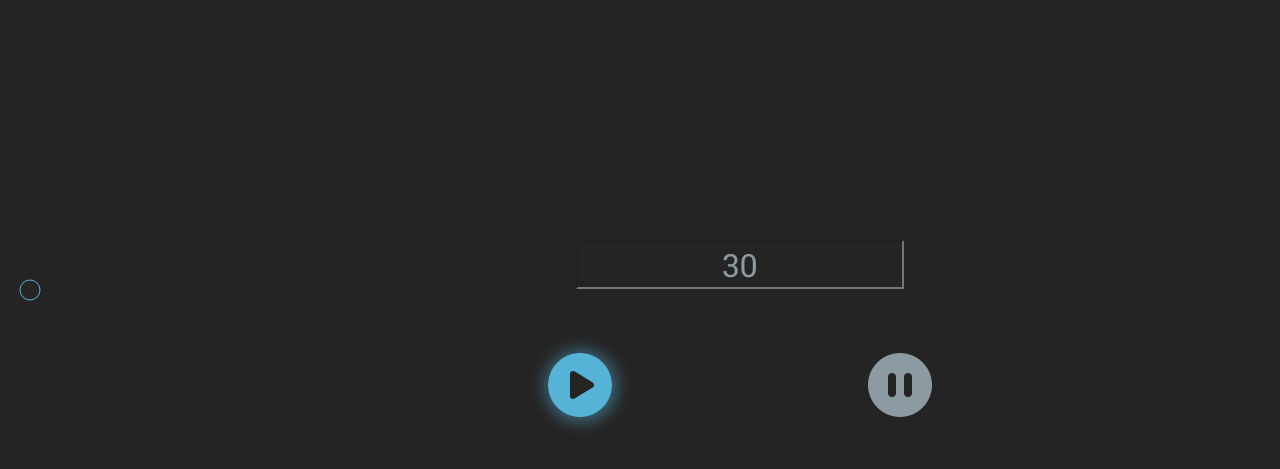
Repository: Sbethm/javascript-challenges
Page: index.html
These files come from the project's save history. The page is drawn as it stood at one moment and after the next save; the edit follows.
The browser window is 1280 px wide. The pictures show the whole page.
Some web libraries are served in a nearby version. The style sheet was rebuilt from its Sass, Less or Tailwind sources for each picture, by a compiler version that may differ from the author's.

Above is the page before, as saved 2021-09-17 15:35:47.

After the next save:
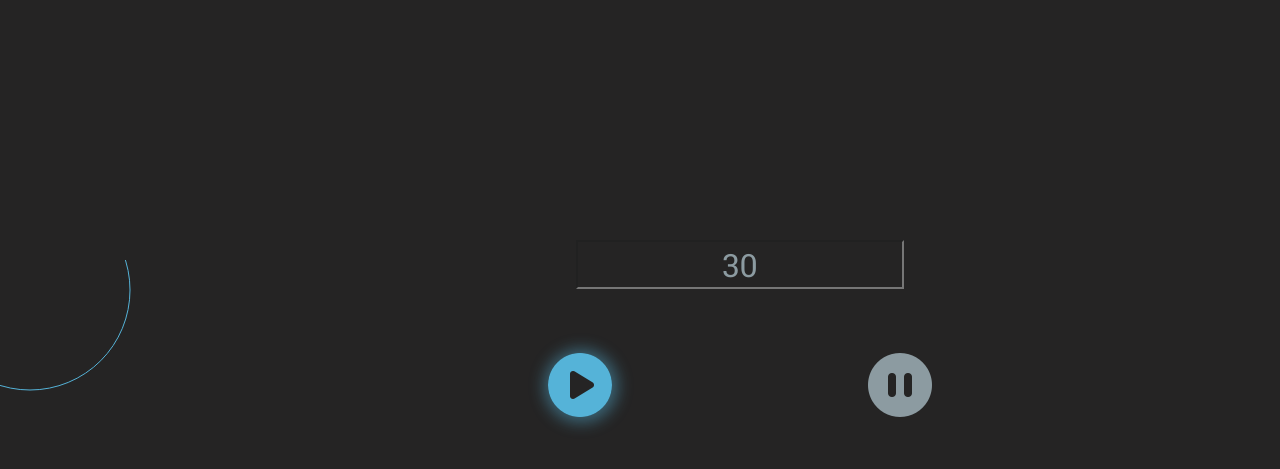
Saved 4 s later.
--- a/index.html
+++ b/index.html
@@ -15,7 +15,7 @@
     <header></header>
     <main>
         <svg height="200" width="200">
-            <circle r="10" cx="30" cy="30"\>
+            <circle r="100" cx="30" cy="30"\>
         </svg>
         <div class="container">
             <input type="text" value="30">
